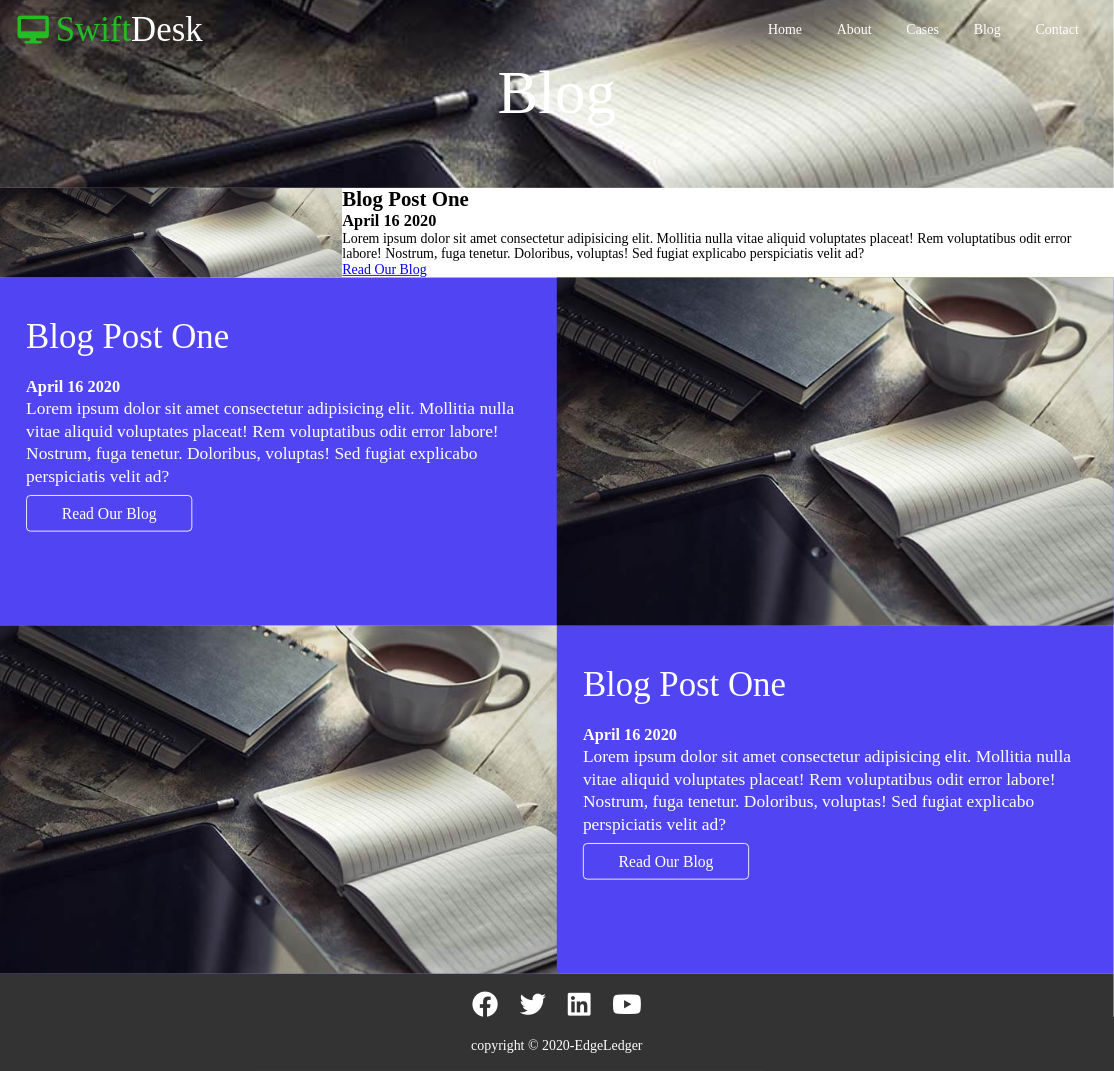
Repository: reemoon-ctrl/swiftdisk-Website-Flexbox
Page: blog.html
An editor plug-in stored every save of this project. The page is shown before and after the next save, followed by the edit.
The browser window is 1280 px wide. The pictures show the whole page, at 87% of full size.

Above is the page before, as saved 2024-07-27 12:38:12.

After the next save:
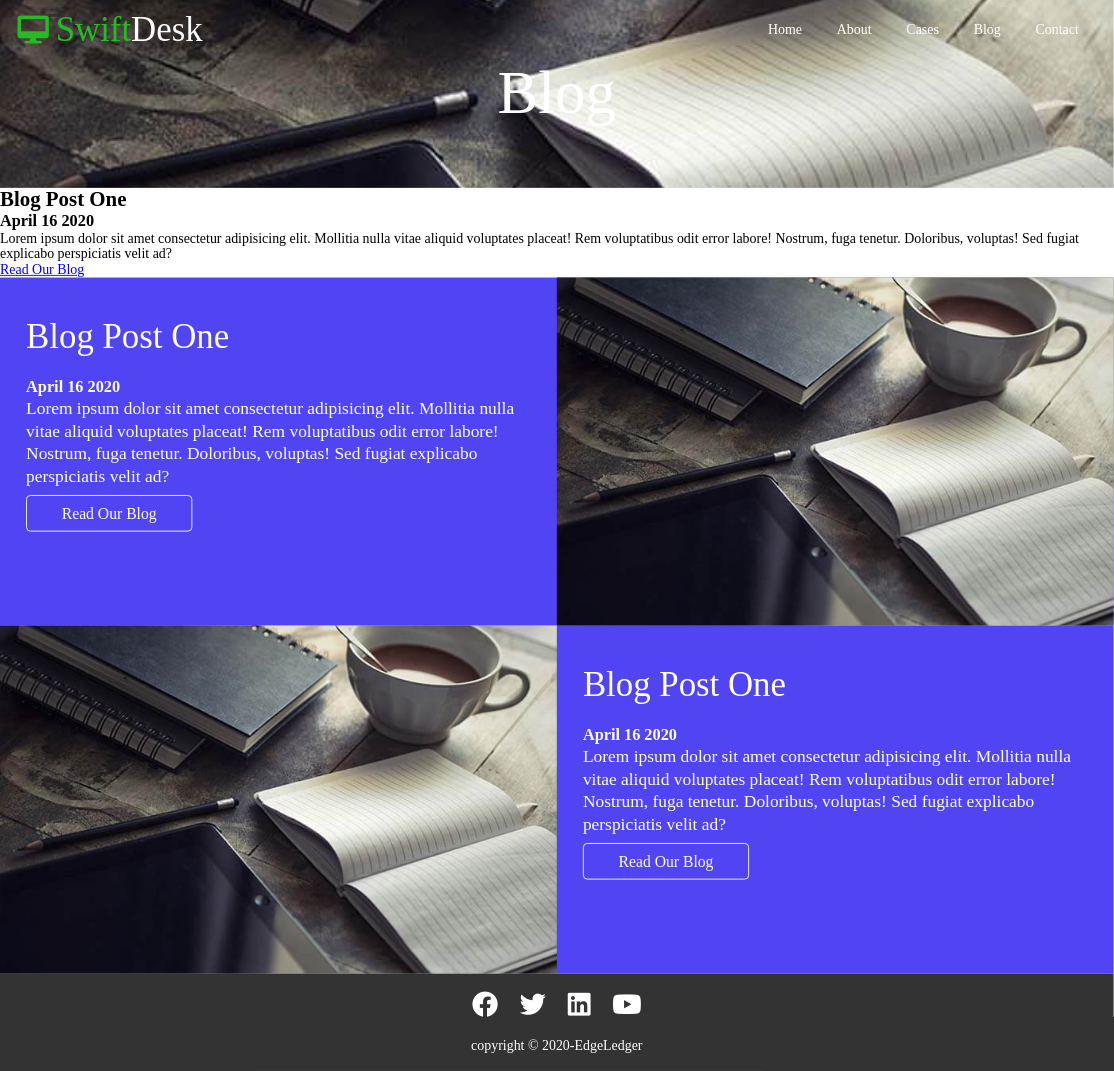
Saved 11 s later.
--- a/blog.html
+++ b/blog.html
@@ -41,7 +41,7 @@
                     fugiat explicabo perspiciatis velit ad?</p>
                 <a href="index.html">Read Our Blog</a>
             </div>
-            <div class="img"></div>
+            <div class="img-"></div>
         </div>
     </div>
     <div>

After the 2 saves that followed:
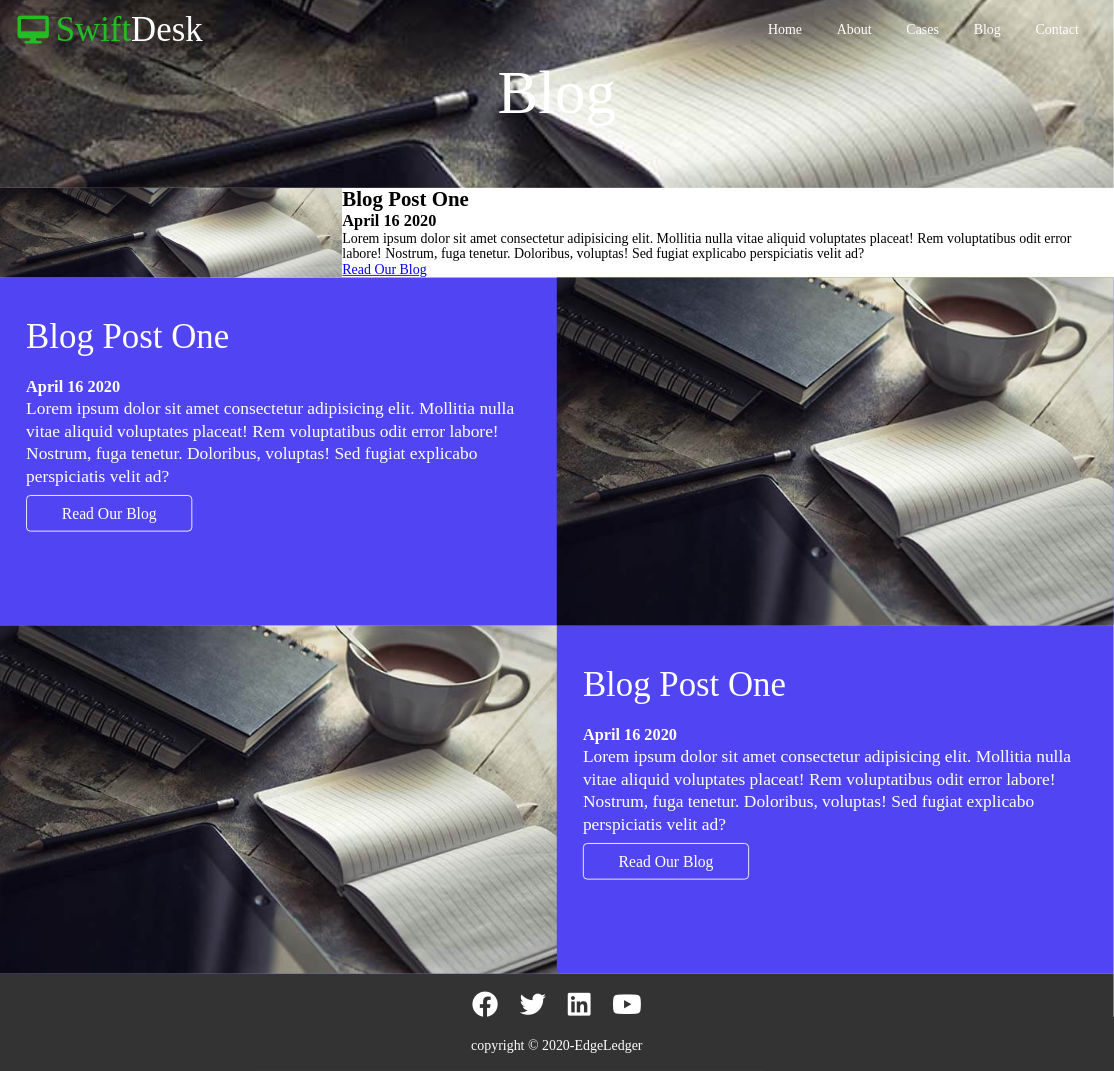
The 2 saves are shown as one change because 1 left the picture as it was.
The last was saved 15 s later.
--- a/blog.html
+++ b/blog.html
@@ -41,7 +41,7 @@
                     fugiat explicabo perspiciatis velit ad?</p>
                 <a href="index.html">Read Our Blog</a>
             </div>
-            <div class="img-"></div>
+            <div class="img-light"></div>
         </div>
     </div>
     <div>
--- a/index.css
+++ b/index.css
@@ -320,7 +320,7 @@ header h1{
     flex-direction: row-reverse;
 
 }
-.img{
+.img-light{
     width:50%;
     background: url('/img/home/blog.jpg') center center/cover no-repeat;
 
